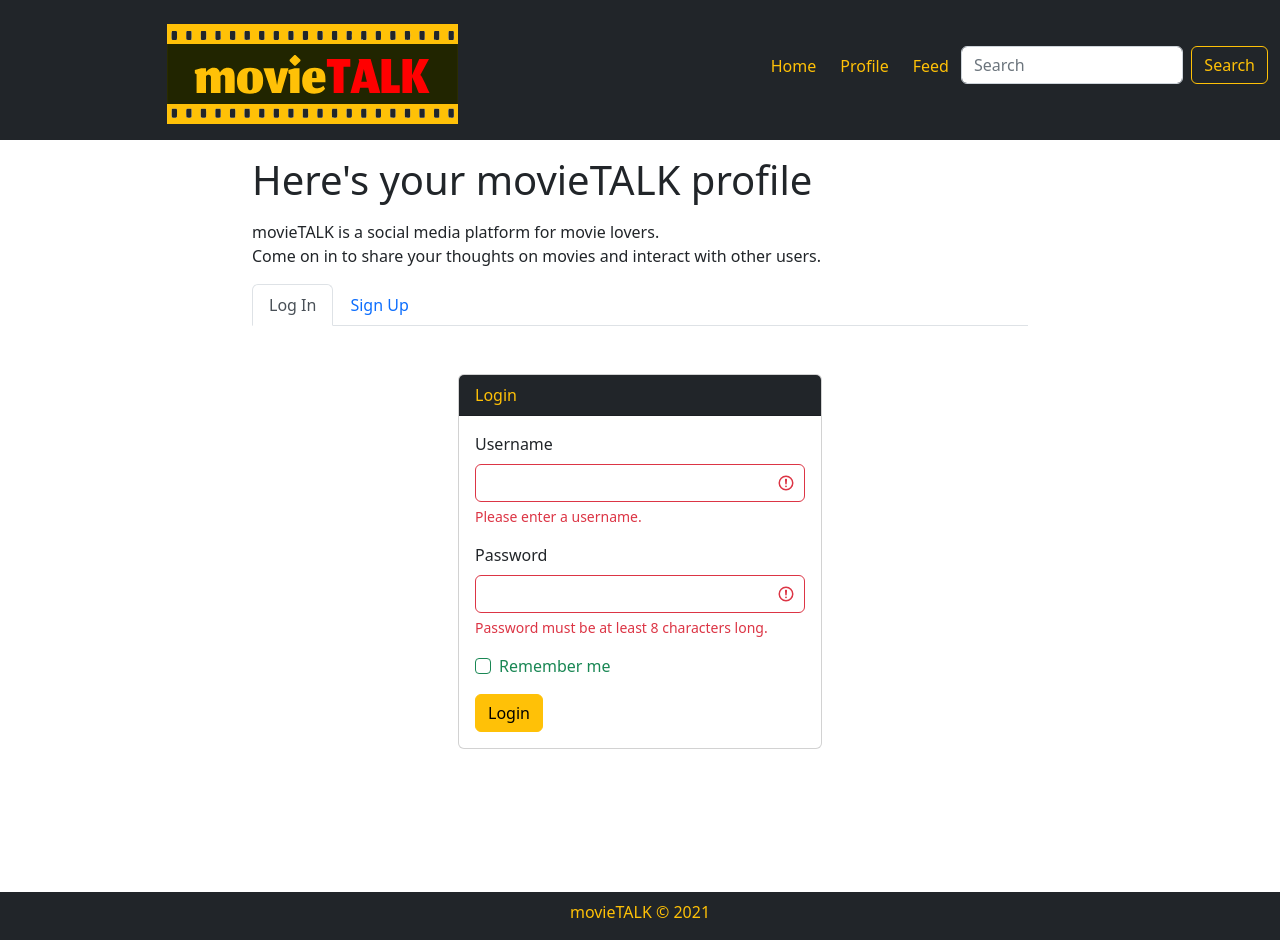
Repository: runeunhjem/css-frameworks-ca
Page: index.html
An editor plug-in stored every save of this project. The page is shown before and after a run of saves, followed by the edit.
The browser window is 1280 px wide. The pictures show the whole page.
The style sheet was rebuilt from its Sass, Less or Tailwind sources for each picture, by a compiler version that may differ from the author's.

Above is the page before, as saved 2023-08-28 15:59:52.

After the next 2 saves:
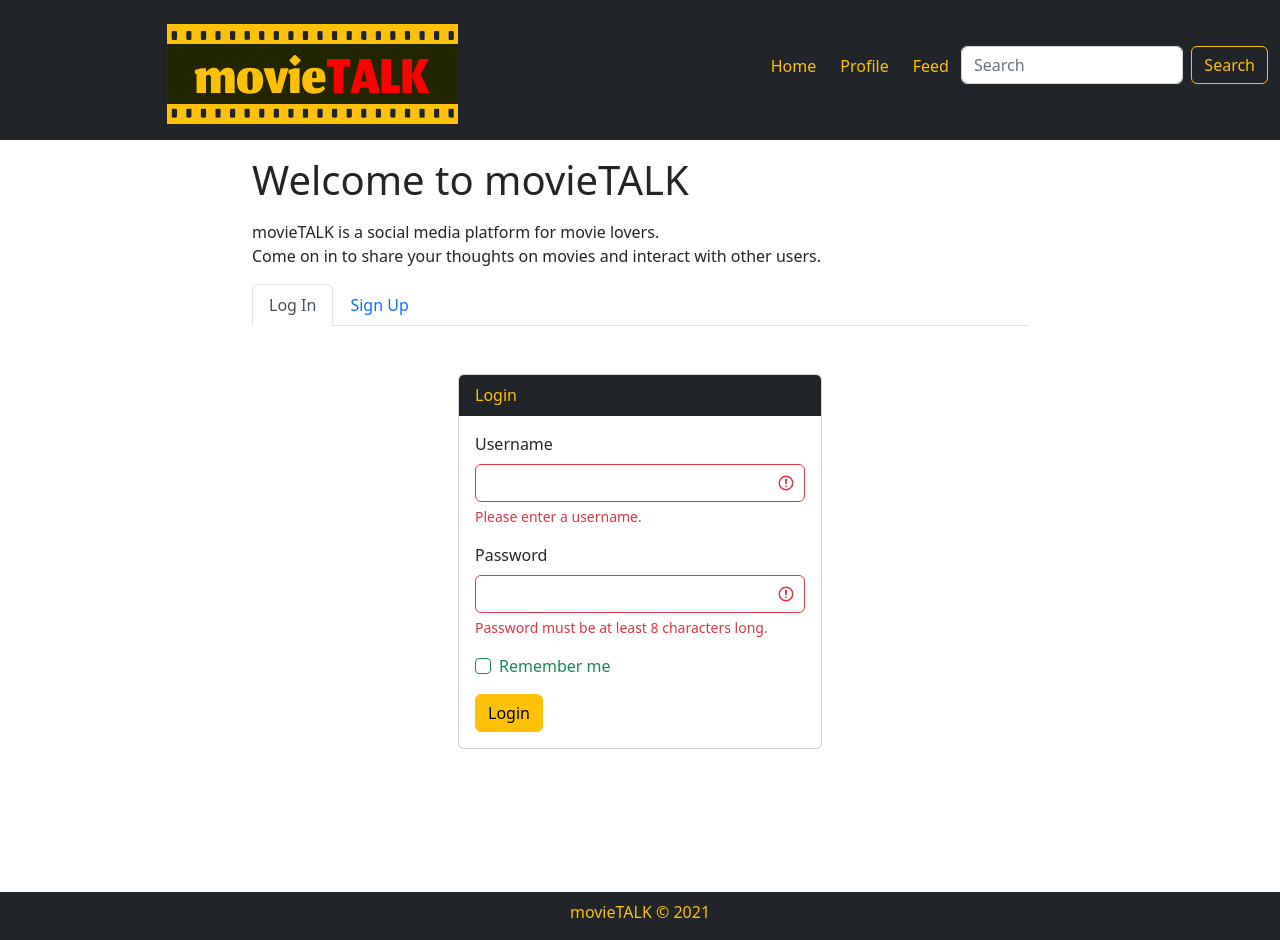
The 2 saves are shown as one change because they came seconds apart.
The last was saved 32 s later.
--- a/index.html
+++ b/index.html
@@ -47,7 +47,7 @@
   <div class="container">
     <div class="row d-flex justify-content-center">
       <div class="col">
-        <h1>Here's your movieTALK profile</span></h1>
+        <h1>Welcome to movieTALK</span></h1>
         <p class="mt-3 mb-0">movieTALK is a social media platform for movie lovers.</p>
         <p class="mt-0">Come on in to share your thoughts on movies and interact with other users.</p>
       </div>
